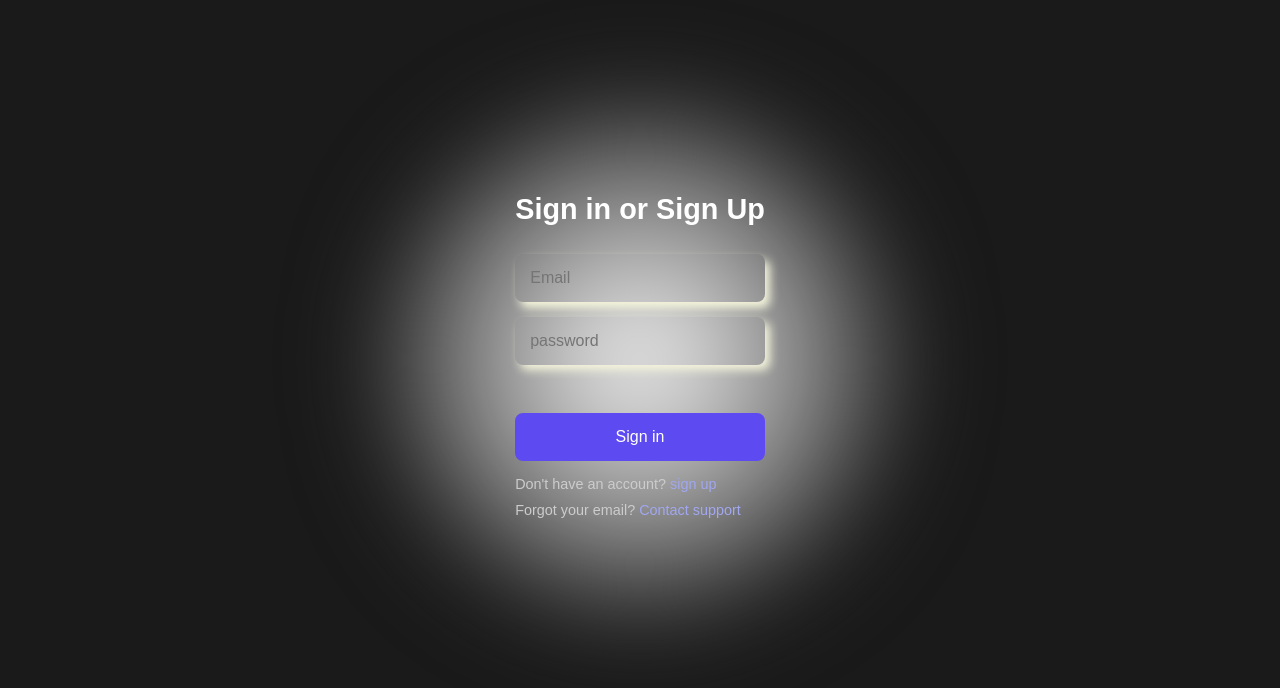
Repository: cmd-keyu/mobileppsh
Page: pages/login.html
The author's editor kept a copy of each file at every save. The page is drawn from the files as they stood at one save, then again after the next save.
The browser window is 1280 px wide. The pictures show the whole page.

Above is the page before, as saved 2024-11-12 12:21:45.

After the next save:
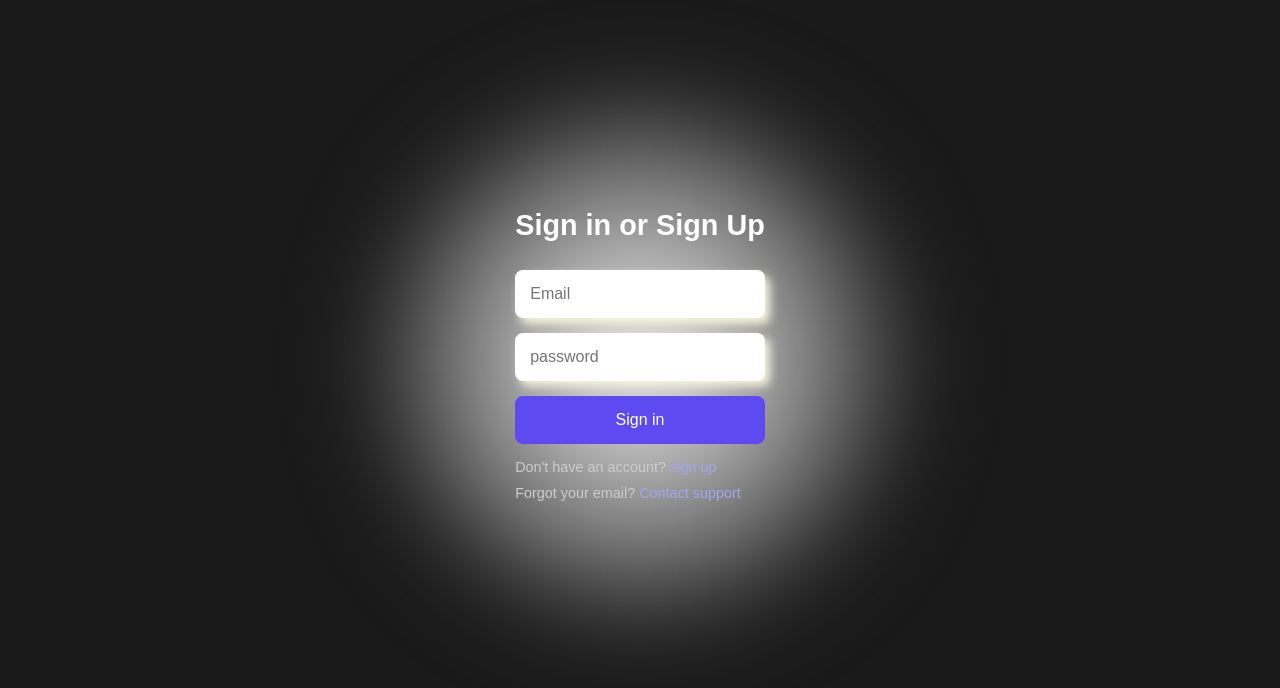
Saved 5 s later.
--- a/pages/login.html
+++ b/pages/login.html
@@ -15,15 +15,14 @@
       <!-- <p>All that is required is only your email for sign-up or sign-in!!</p> -->
       <form action="account.html">
         <div class="sign-up">
-            <input type="text" placeholder="name" class="disabled-btn hi">
+            <input type="text" placeholder="name" class="disabled-btn">
             <br>
             <br>
-            <input type="text" placeholder="address (Optional)" class="hi">
+            <input type="text" placeholder="address (Optional)">
             <br>
             </div>
-        <input type="email" placeholder="Email" required class="hi">
-        <input type="password" placeholder="password" required class="hi">
-        <br>
+        <input type="email" placeholder="Email" required>
+        <input type="password" placeholder="password" required>
         <button type="submit" class="sign-in-btn-hide">Sign in</button>
         <button type="submit" class="sign-up-btn-hide">Sign up</button>
       </form>
